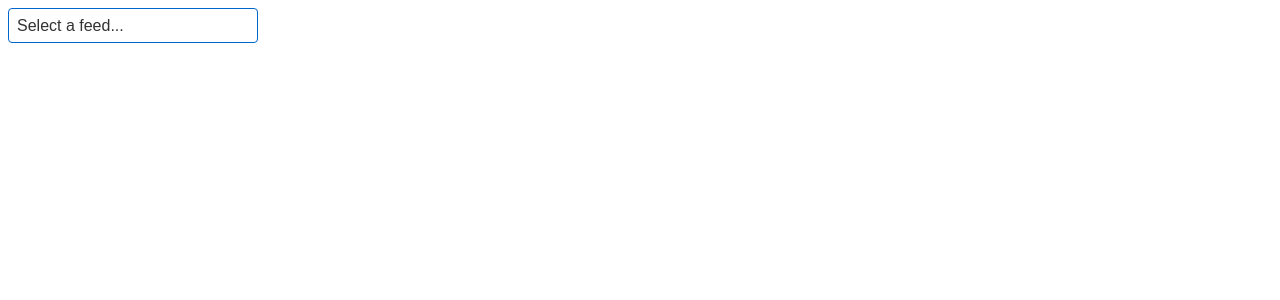
Repository: priyankadas1109/planet
Page: view/index.html
The author's editor kept a copy of each file at every save. The page is drawn from the files as they stood at one save, then again after the next save.
The browser window is 1280 px wide. The pictures show the whole page.

Above is the page before, as saved 2025-02-13 15:16:13.

After the next save:
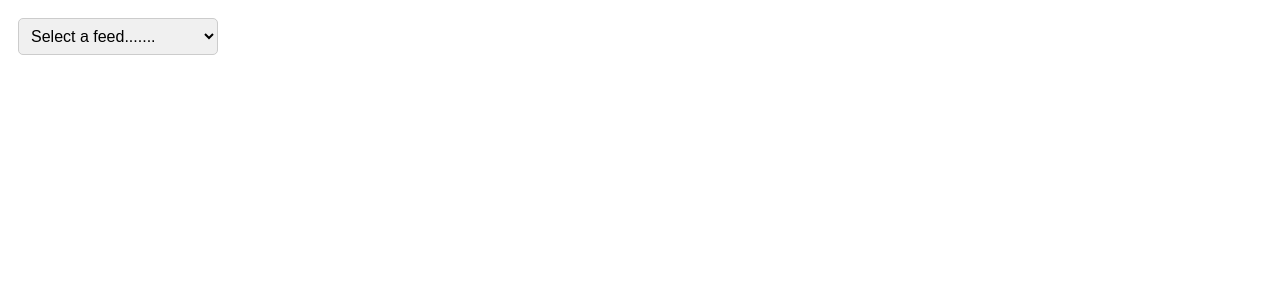
Saved 19 s later.
--- a/view/index.html
+++ b/view/index.html
@@ -5,73 +5,85 @@
   <meta name="viewport" content="width=device-width, initial-scale=1.0">
   <title>Feed View</title>
 
-  <!-- Add the CSS here -->
+  <!-- 直接在页面头部嵌入样式 -->
   <style>
-    /* Make dropdown button similar to the one in the screenshots */
+    /* 下拉菜单的样式 */
     #apiFeeds {
-      width: 250px;
+      width: 200px;
       padding: 8px;
       font-size: 16px;
-      background-color: #fff;
-      border: 1px solid #0066cc; /* Blue border */
-      border-radius: 4px;
-      appearance: none;
-      -webkit-appearance: none;
-      -moz-appearance: none;
-      color: #333;
-      cursor: pointer;
+      margin: 10px;
+      background-color: #f0f0f0;
+      border-radius: 5px;
+      border: 1px solid #ccc;
     }
 
-    /* Customize the dropdown arrow */
-    #apiFeeds::after {
-      content: '\25BC'; /* Unicode for the downward arrow */
-      position: absolute;
-      right: 10px;
-      top: 50%;
-      transform: translateY(-50%);
-      pointer-events: none;
+    /* 基础表格样式 */
+    table {
+      width: 100%;
+      border-collapse: collapse;
     }
 
-    /* Add focus styling */
-    #apiFeeds:focus {
-      border-color: #0044cc; /* Darker blue when focused */
-      outline: none;
+    th, td {
+      padding: 10px;
+      border: 1px solid #ddd;
+      text-align: left;
     }
 
-    /* Style for the option elements */
-    #apiFeeds option {
-      padding: 8px;
-      font-size: 16px;
+    th {
+      background-color: #f4f4f4;
+    }
+
+    /* 响应式设计：小屏幕下适应 */
+    @media (max-width: 760px) {
+      table, th, td {
+        display: block;
+        width: 100%;
+      }
+      td {
+        border-bottom: 1px solid #ddd;
+      }
     }
   </style>
 </head>
 <body>
-  <!-- Dropdown menu for selecting a feed -->
+
+  <!-- 下拉菜单，用于选择 feed -->
   <select id="apiFeeds" onchange="updateFeed(this.value)">
-    <!-- Options will be populated by JavaScript -->
+    <!-- 下拉菜单选项将在 JavaScript 中动态填充 -->
   </select>
 
   <div id="resultJson"></div>
   <div id="resultFull"></div>
 
+  <!-- JavaScript 融入样式和功能 -->
   <script>
-    // Define the API options
-    const feeds = [
-      { value: "none", name: "Select a feed..." },
-      { value: "food", name: "USDA Food List" },
-      { value: "usda", name: "USDA Nutrition Label" },
-      { value: "farmfresh", name: "Farm Fresh (Michigan)" },
-      { value: "nasa", name: "NASA Image Feed" },
-      { value: "comtrade", name: "Comtrade (CORS)" },
-      { value: "seeclickfix-311", name: "See Click Fix Requests" }
-      // Add more options if needed
-    ];
+    // 定义所有的 API 选项，直接从 jsonList.Table 填充
+    var jsonList = {
+      "Table": [
+        {"value":"none","name":"Select a feed......."},
+        {"value":"food","name":"USDA Food List"},
+        {"value":"usda","name":"USDA Nutrition Label"},
+        {"value":"farmfresh","name":"Farm Fresh (Michigan)"},
+        {"value":"nasa","name":"NASA Image Feed"},
+        {"value":"comtrade","name":"Comtrade (CORS)"},
+        {"value":"serp","name":"Serp APIname (CORS)"},
+        {"value":"gdc","name":"GDC Google Data Commons - Forests"},
+        {"value":"US:Count_Person","name":"GDC US State Populations"},
+        {"value":"LandCoverFraction_Forest","name":"GDC Land Covered by Forests"},
+        {"value":"water","name":"Water (dc/g/SDG_6)"},
+        {"value":"datausa","name":"DataUSA State Populations"},
+        {"value":"seeclickfix-311","name":"See Click Fix Requests"},
+        {"value":"open311","name":"See Click Fix Requests (CORS)"},
+        {"value":"bsky","name":"BlueSky Model.Earth RSS (CORS)"}
+      ]
+    };
 
-    // Populate the dropdown
+    // 动态填充下拉菜单
     function populateDropdown() {
       const selectElement = document.getElementById('apiFeeds');
-      selectElement.innerHTML = '';  // Clear existing options
-      feeds.forEach(feed => {
+      selectElement.innerHTML = '';  // 清空现有内容
+      jsonList.Table.forEach(feed => {
         const option = document.createElement('option');
         option.value = feed.value;
         option.textContent = feed.name;
@@ -79,33 +91,35 @@
       });
     }
 
-    // Handle dropdown selection change
+    // 当选择某个 feed 时，更新页面内容
     function updateFeed(feedValue) {
       console.log(`Selected feed: ${feedValue}`);
 
-      // Perform actions based on the selected feed
+      // 根据 feedValue 进行相应的操作
       if (feedValue === 'food') {
         loadFoodData();
       } else if (feedValue === 'usda') {
         loadUSDAData();
       }
-      // Handle more feed values as needed
+      // 更多条件处理...
     }
 
-    // Load data for the USDA Food List
+    // 示例：加载 USDA 食品数据
     function loadFoodData() {
       console.log("Loading USDA Food List...");
+      // 假设从某个 API 获取数据并渲染
       document.getElementById('resultJson').innerHTML = '<p>USDA Food List API data displayed here.</p>';
     }
 
-    // Load data for USDA Nutrition Label
+    // 示例：加载 USDA 营养标签数据
     function loadUSDAData() {
       console.log("Loading USDA Nutrition Data...");
       document.getElementById('resultJson').innerHTML = '<p>USDA Nutrition Data displayed here.</p>';
     }
 
-    // Initialize the page
+    // 初始化页面
     populateDropdown();
   </script>
+
 </body>
 </html>
